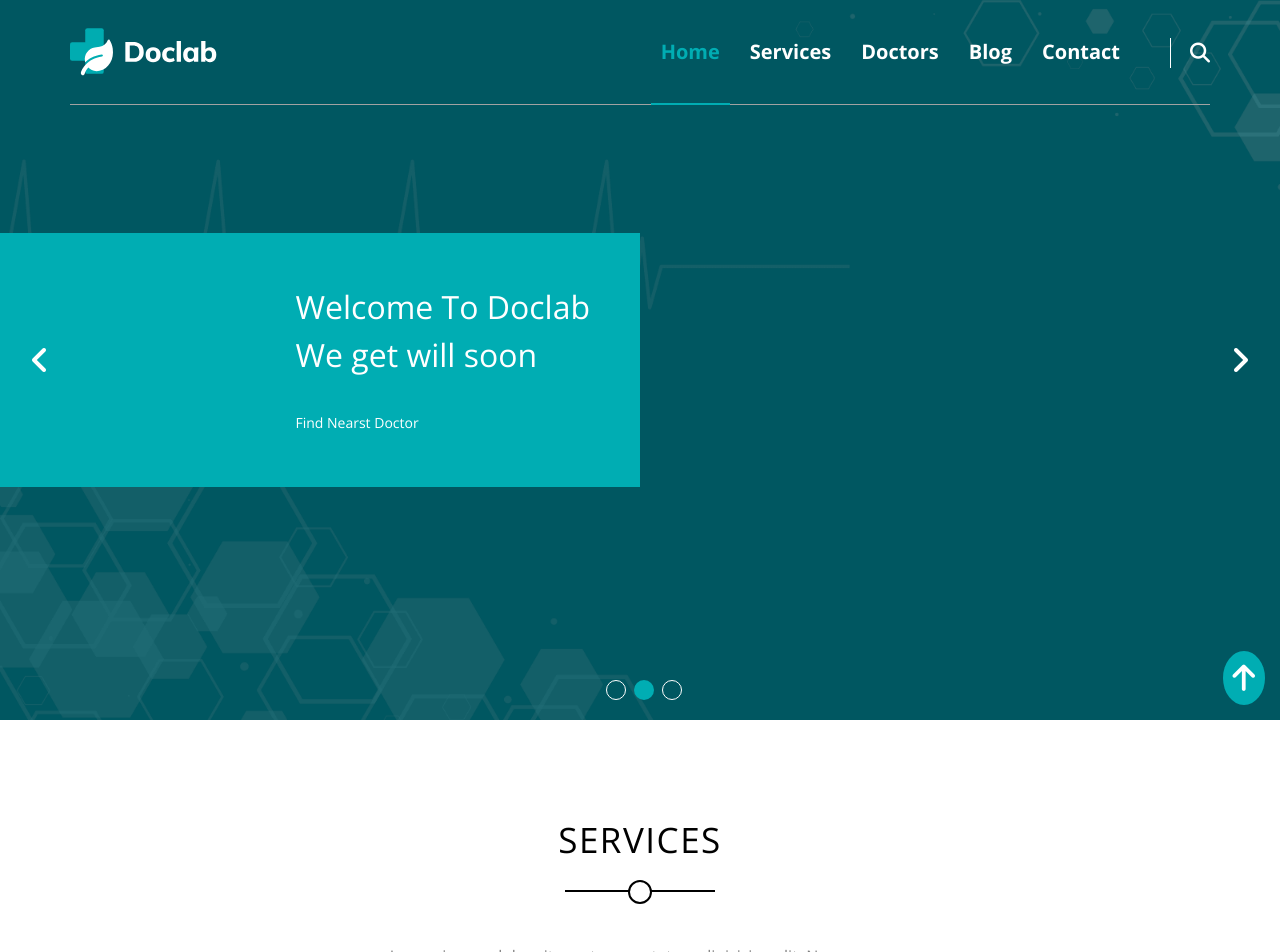
Repository: Ahmed123rezk123/Clinic
Page: index.html
An editor plug-in stored every save of this project. The page is shown before and after the next save, followed by the edit.
The browser window is 1280 px wide. The pictures show the part of the page from y = 0 to 952 px (the page is 9134 px tall).
A picture or video elsewhere on the page could not be fetched, so the positions and the page height are approximate. Some web fonts or font styles are not loaded; a fallback is used.

Above is the page before, as saved 2024-04-17 20:47:02.

After the next save:
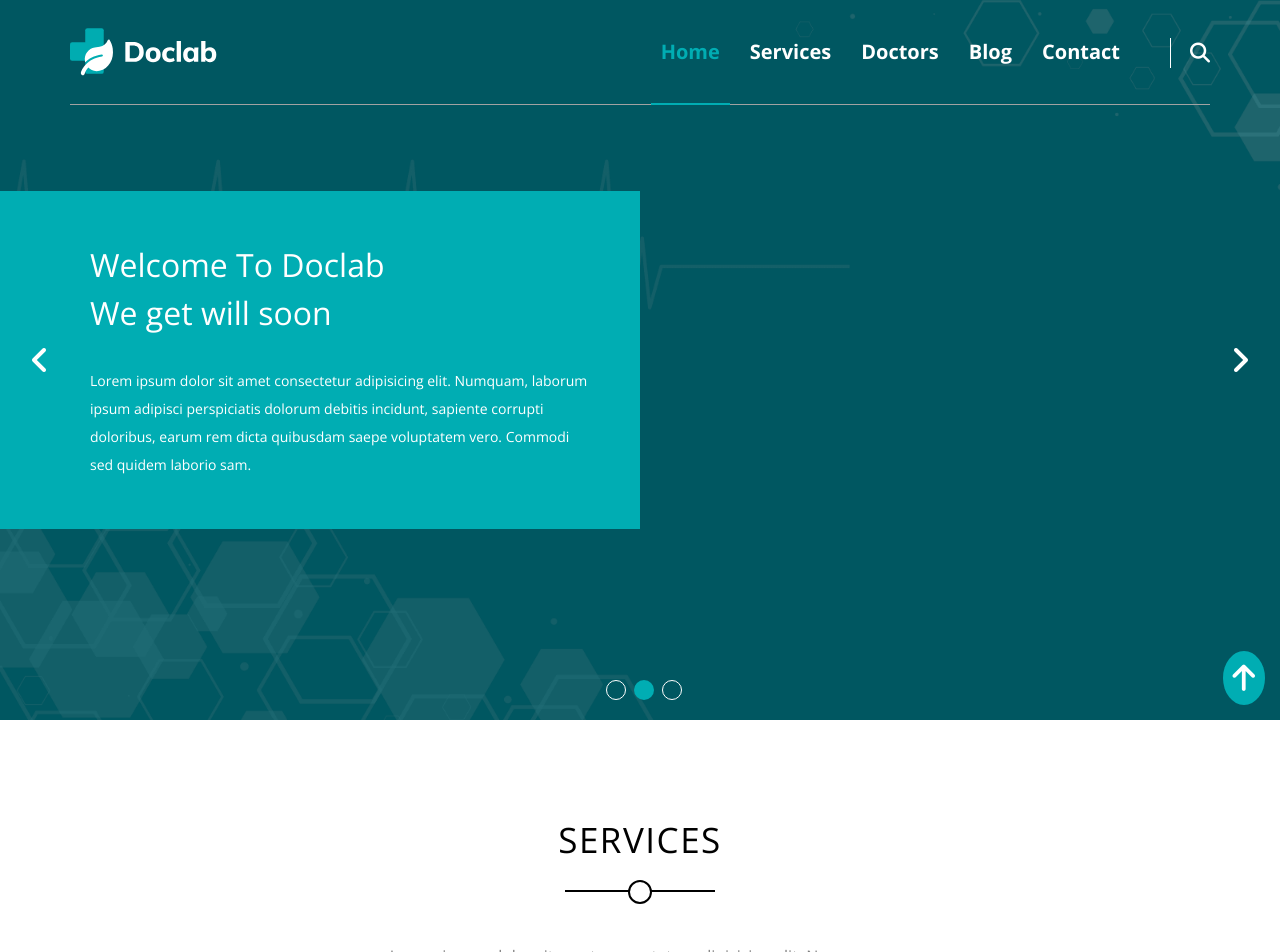
Saved 10 s later.
--- a/index.html
+++ b/index.html
@@ -52,7 +52,10 @@
               We get will soon
             </h2>
             <p>
-            Find Nearst Doctor
+              Lorem ipsum dolor sit amet consectetur adipisicing elit. Numquam,
+              laborum ipsum adipisci perspiciatis dolorum debitis incidunt,
+              sapiente corrupti doloribus, earum rem dicta quibusdam saepe
+              voluptatem vero. Commodi sed quidem laborio sam.
             </p>
           </div>
         </div>
